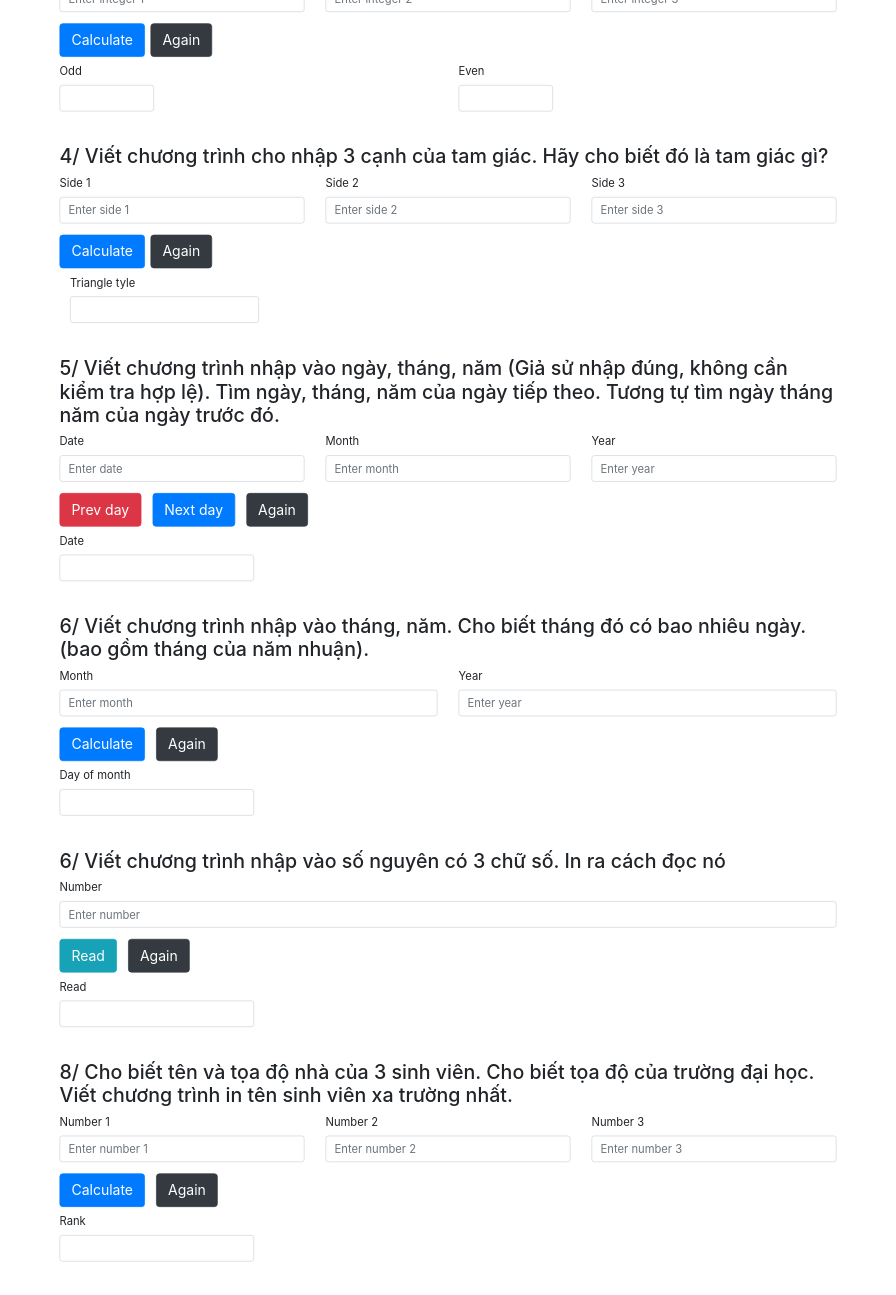
Repository: baobaodeveloper/bootscamp21__jsbasic__HuynhAnhBao
Page: index.html
An editor plug-in stored every save of this project. The page is shown before and after the next save, followed by the edit.
The browser window is 1280 px wide. The pictures show the part of the page from y = 756 to 2676 px (the page is 2606 px tall before and 2676 px after), at 70% of full size.

Above is the page before, as saved 2022-03-11 18:06:35.

### index.html
<!DOCTYPE html>
<html lang="en">
  <head>
    <title>javaScript basic</title>
    <!-- Required meta tags -->
    <meta charset="utf-8" />
    <meta
      name="viewport"
      content="width=device-width, initial-scale=1, shrink-to-fit=no"
    />

    <!-- Bootstrap CSS -->
    <link
      rel="stylesheet"
      href="https://stackpath.bootstrapcdn.com/bootstrap/4.3.1/css/bootstrap.min.css"
      integrity="sha384-ggOyR0iXCbMQv3Xipma34MD+dH/1fQ784/j6cY/iJTQUOhcWr7x9JvoRxT2MZw1T"
      crossorigin="anonymous"
    />
  </head>
  <body>
    <!--1 Cho người dùng nhập vào 3 số nguyên. Viết chương trình xuất 3 số theo thứ tự tăng dần -->
    <div class="container mb-xl-5">
      <h3>
        1/ Cho người dùng nhập vào 3 số nguyên. Viết chương trình xuất 3 số theo
        thứ tự tăng dần
      </h3>

      <div class="row">
        <div class="col">
          <label class="form-label">Number 1</label>
          <input
            type="number"
            class="form-control num1"
            placeholder="Enter number 1"
          />
        </div>
        <div class="col">
          <label class="form-label">Number 2</label>
          <input
            type="number"
            class="form-control num2"
            placeholder="Enter number 2"
          />
        </div>
        <div class="col">
          <label class="form-label">Number 3</label>
          <input
            type="number"
            class="form-control num3"
            placeholder="Enter number 3"
          />
        </div>
      </div>

      <div class="d-flex">
        <button
          type="button "
          class="btn btn-primary btn-lg mt-3 mb-2 btn-rank mr-3"
        >
          Calculate
        </button>

        <button
          type="button "
          class="btn btn-dark btn-lg mt-3 mb-2 btn-again-rank"
        >
          Again
        </button>
      </div>

      <div class="mt-3 m-auto">
        <label class="form-label">Rank</label>
        <input type="text" class="form-control w-25 result1" />
      </div>
    </div>

    <!--2 Viết chương trình “Chào hỏi” các thành viên trong gia đình với các đặc điểm. Đầu tiên máy
    sẽ hỏi ai sử dụng máy. Sau đó dựa vào câu trả lời và đưa ra lời chào phù hợp. Giả sử trong
    gia đình có 4 thành viên: Bố (B), Mẹ (M), anh Trai (A) và Em gái (E) -->
    <div class="container mb-5">
      <h3 class="mb-3">
        2/ Viết chương trình “Chào hỏi” các thành viên trong gia đình với các
        đặc điểm. Đầu tiên máy sẽ hỏi ai sử dụng máy. Sau đó dựa vào câu trả lời
        và đưa ra lời chào phù hợp. Giả sử trong gia đình có 4 thành viên: Bố
        (B), Mẹ (M), anh Trai (A) và Em gái (E)
      </h3>

      <select class="form-select p-2" aria-label="Default select example">
        <option selected>Who are you?</option>
        <option value="M">M</option>
        <option value="B">B</option>
        <option value="A">A</option>
        <option value="E">E</option>
      </select>

      <button type="button" class="btn btn-primary btn-sign-in">Sign In</button>

      <div class="m-3 row">
        <div class="col-sm-10">
          <input
            type="text"
            class="form-control output-sign-in"
            id="inputPassword"
          />
        </div>
      </div>
    </div>

    <!--  3 Cho 3 số nguyên. Viết chương trình xuất ra có bao nhiêu số lẻ và bao nhiêu số chẵn.-->
    <div class="container mb-xl-5">
      <h3>
        3/ Cho 3 số nguyên. Viết chương trình xuất ra có bao nhiêu số lẻ và bao
        nhiêu số chẵn.
      </h3>

      <div class="row">
        <div class="col">
          <label class="form-label">Integer 1</label>
          <input
            type="number"
            class="form-control integer1"
            placeholder="Enter integer 1"
          />
        </div>
        <div class="col">
          <label class="form-label">Integer 2</label>
          <input
            type="number"
            class="form-control integer2"
            placeholder="Enter integer 2"
          />
        </div>
        <div class="col">
          <label class="form-label">Integer 3</label>
          <input
            type="number"
            class="form-control integer3"
            placeholder="Enter integer 3"
          />
        </div>
      </div>

      <div class="d-flex">
        <button
          type="button"
          class="btn btn-primary btn-lg mt-3 mb-2 btn-integer mr-2"
        >
          Calculate
        </button>

        <button
          type="button "
          class="btn btn-light btn-lg mt-3 mb-2 btn-dark btn-again-integer"
        >
          Again
        </button>
      </div>

      <div class="row">
        <div class="mt-3 m-auto col">
          <label class="form-label">Odd</label>
          <input type="text" class="form-control w-25 outputOdd" />
        </div>
        <div class="mt-3 m-auto col">
          <label class="form-label">Even</label>
          <input type="text" class="form-control w-25 outputEven" />
        </div>
      </div>
    </div>

    <!--4 Viết chương trình cho nhập 3 cạnh của tam giác. Hãy cho biết đó là tam giác gì?-->

    <div class="container mb-xl-5">
      <h3>
        4/ Viết chương trình cho nhập 3 cạnh của tam giác. Hãy cho biết đó là
        tam giác gì?
      </h3>

      <div class="row">
        <div class="col">
          <label class="form-label">Side 1</label>
          <input
            type="number"
            class="form-control side1"
            placeholder="Enter side 1"
          />
        </div>
        <div class="col">
          <label class="form-label">Side 2</label>
          <input
            type="number"
            class="form-control side2"
            placeholder="Enter side 2"
          />
        </div>
        <div class="col">
          <label class="form-label">Side 3</label>
          <input
            type="number"
            class="form-control side3"
            placeholder="Enter side 3"
          />
        </div>
      </div>

      <div class="d-flex">
        <button
          type="button"
          class="btn btn-primary btn-lg mt-3 mb-2 mr-2 btn-triangle"
        >
          Calculate
        </button>

        <button
          type="button "
          class="btn btn-light btn-lg mt-3 mb-2 btn-dark btn-again-triangle"
        >
          Again
        </button>
      </div>

      <div class="mt-3 m-auto col">
        <label class="form-label">Triangle tyle</label>
        <input type="text" class="form-control w-25 triangle-type" />
      </div>
    </div>

    <!--5 Viết chương trình nhập vào ngày, tháng, năm (Giả sử nhập đúng, không cần kiểm tra hợp
  lệ). Tìm ngày, tháng, năm của ngày tiếp theo. Tương tự tìm ngày tháng năm của ngày trước
  đó.  -->

    <div class="container mb-xl-5">
      <h3>
        5/ Viết chương trình nhập vào ngày, tháng, năm (Giả sử nhập đúng, không
        cần kiểm tra hợp lệ). Tìm ngày, tháng, năm của ngày tiếp theo. Tương tự
        tìm ngày tháng năm của ngày trước đó.
      </h3>

      <div class="row">
        <div class="col">
          <label class="form-label">Date</label>
          <input
            type="number"
            class="form-control date"
            placeholder="Enter date"
          />
        </div>
        <div class="col">
          <label class="form-label">Month</label>
          <input
            type="number"
            class="form-control month"
            placeholder="Enter month"
          />
        </div>
        <div class="col">
          <label class="form-label">Year</label>
          <input
            type="number"
            class="form-control year"
            placeholder="Enter year"
          />
        </div>
      </div>

      <div class="d-flex">
        <button
          type="button "
          class="btn btn-danger btn-lg mt-3 mb-2 btn-prev mr-3"
        >
          Prev day
        </button>
        <button
          type="button "
          class="btn btn-primary btn-lg mt-3 mb-2 btn-next mr-3"
        >
          Next day
        </button>

        <button
          type="button "
          class="btn btn-dark btn-lg mt-3 mb-2 btn-again-date"
        >
          Again
        </button>
      </div>

      <div class="mt-3 m-auto">
        <label class="form-label">Date</label>
        <input type="text" class="form-control w-25 date-text" />
      </div>
    </div>

    <!-- 6 Viết chương trình nhập vào tháng, năm. Cho biết tháng đó có bao nhiêu ngày. (bao gồm
    tháng của năm nhuận).-->
    <div class="container mb-xl-5">
      <h3>
        6/ Viết chương trình nhập vào tháng, năm. Cho biết tháng đó có bao nhiêu
        ngày. (bao gồm tháng của năm nhuận).
      </h3>

      <div class="row">
        <div class="col">
          <label class="form-label">Month</label>
          <input
            type="number"
            class="form-control month1"
            placeholder="Enter month"
          />
        </div>
        <div class="col">
          <label class="form-label">Year</label>
          <input
            type="number"
            class="form-control year1"
            placeholder="Enter year"
          />
        </div>
      </div>

      <div class="d-flex">
        <button
          type="button "
          class="btn btn-primary btn-lg mt-3 mb-2 btn-month mr-3"
        >
          Calculate
        </button>

        <button
          type="button "
          class="btn btn-dark btn-lg mt-3 mb-2 btn-again-month"
        >
          Again
        </button>
      </div>

      <div class="mt-3 m-auto">
        <label class="form-label">Day of month</label>
        <input type="text" class="form-control w-25 resultMonth" />
      </div>
    </div>

    <!--7 Viết chương trình nhập vào số nguyên có 3 chữ số. In ra cách đọc nó.-->
    <div class="container mb-xl-5">
      <h3>
        6/ Viết chương trình nhập vào số nguyên có 3 chữ số. In ra cách đọc nó
      </h3>

      <div class="form">
        <label class="form-label">Number</label>
        <input
          type="number"
          class="form-control number-read"
          placeholder="Enter number"
        />
      </div>

      <div class="d-flex">
        <button
          type="button "
          class="btn btn-info btn-lg mt-3 mb-2 btnRead mr-3"
        >
          Read
        </button>

        <button
          type="button "
          class="btn btn-dark btn-lg mt-3 mb-2 btn-again-read"
        >
          Again
        </button>
      </div>

      <div class="mt-3 m-auto">
        <label class="form-label">Read</label>
        <input type="text" class="form-control w-25 resultRead" />
      </div>
    </div>

    <!--8 Cho biết tên và tọa độ nhà của 3 sinh viên. Cho biết tọa độ của trường đại học. Viết chương
    trình in tên sinh viên xa trường nhất. -->
    <div class="container mb-xl-5">
      <h3>
        8/ Cho biết tên và tọa độ nhà của 3 sinh viên. Cho biết tọa độ của
        trường đại học. Viết chương trình in tên sinh viên xa trường nhất.
      </h3>

      <div class="row">
        <div class="col">
          <div>
            <label class="form-label">Number 1</label>
            <input
              type="number"
              class="form-control num1"
              placeholder="Enter number 1"
            />
          </div>
        </div>
        <div class="col">
          <label class="form-label">Number 2</label>
          <input
            type="number"
            class="form-control num2"
            placeholder="Enter number 2"
          />
        </div>
        <div class="col">
          <label class="form-label">Number 3</label>
          <input
            type="number"
            class="form-control num3"
            placeholder="Enter number 3"
          />
        </div>
      </div>

      <div class="d-flex">
        <button
          type="button "
          class="btn btn-primary btn-lg mt-3 mb-2 btn-rank mr-3"
        >
          Calculate
        </button>

        <button
          type="button "
          class="btn btn-dark btn-lg mt-3 mb-2 btn-again-rank"
        >
          Again
        </button>
      </div>

      <div class="mt-3 m-auto">
        <label class="form-label">Rank</label>
        <input type="text" class="form-control w-25 result1" />
      </div>
    </div>

    <!-- Optional JavaScript -->
    <!-- jQuery first, then Popper.js, then Bootstrap JS -->
    <script
      src="https://code.jquery.com/jquery-3.3.1.slim.min.js"
      integrity="sha384-q8i/X+965DzO0rT7abK41JStQIAqVgRVzpbzo5smXKp4YfRvH+8abtTE1Pi6jizo"
      crossorigin="anonymous"
    ></script>
    <script
      src="https://cdnjs.cloudflare.com/ajax/libs/popper.js/1.14.7/umd/popper.min.js"
      integrity="sha384-UO2eT0CpHqdSJQ6hJty5KVphtPhzWj9WO1clHTMGa3JDZwrnQq4sF86dIHNDz0W1"
      crossorigin="anonymous"
    ></script>
    <script
      src="https://stackpath.bootstrapcdn.com/bootstrap/4.3.1/js/bootstrap.min.js"
      integrity="sha384-JjSmVgyd0p3pXB1rRibZUAYoIIy6OrQ6VrjIEaFf/nJGzIxFDsf4x0xIM+B07jRM"
      crossorigin="anonymous"
    ></script>

    <!-- <script src="exercise1.js"></script> -->
    <!-- <script src="exercise2.js"></script> -->
    <!-- <script src="exercise3.js"></script> -->
    <!-- <script src="exercise4.js"></script> -->
    <!-- <script src="exercise5.js"></script> -->
    <!-- <script src="exercise6.js"></script> -->
    <!-- <script src="exercise7.js"></script> -->
    <script src="exercise8.js"></script>
  </body>
</html>

Loaded but not shown: exercise8.js (no stored copy; drawn as an empty file)

After the next save:
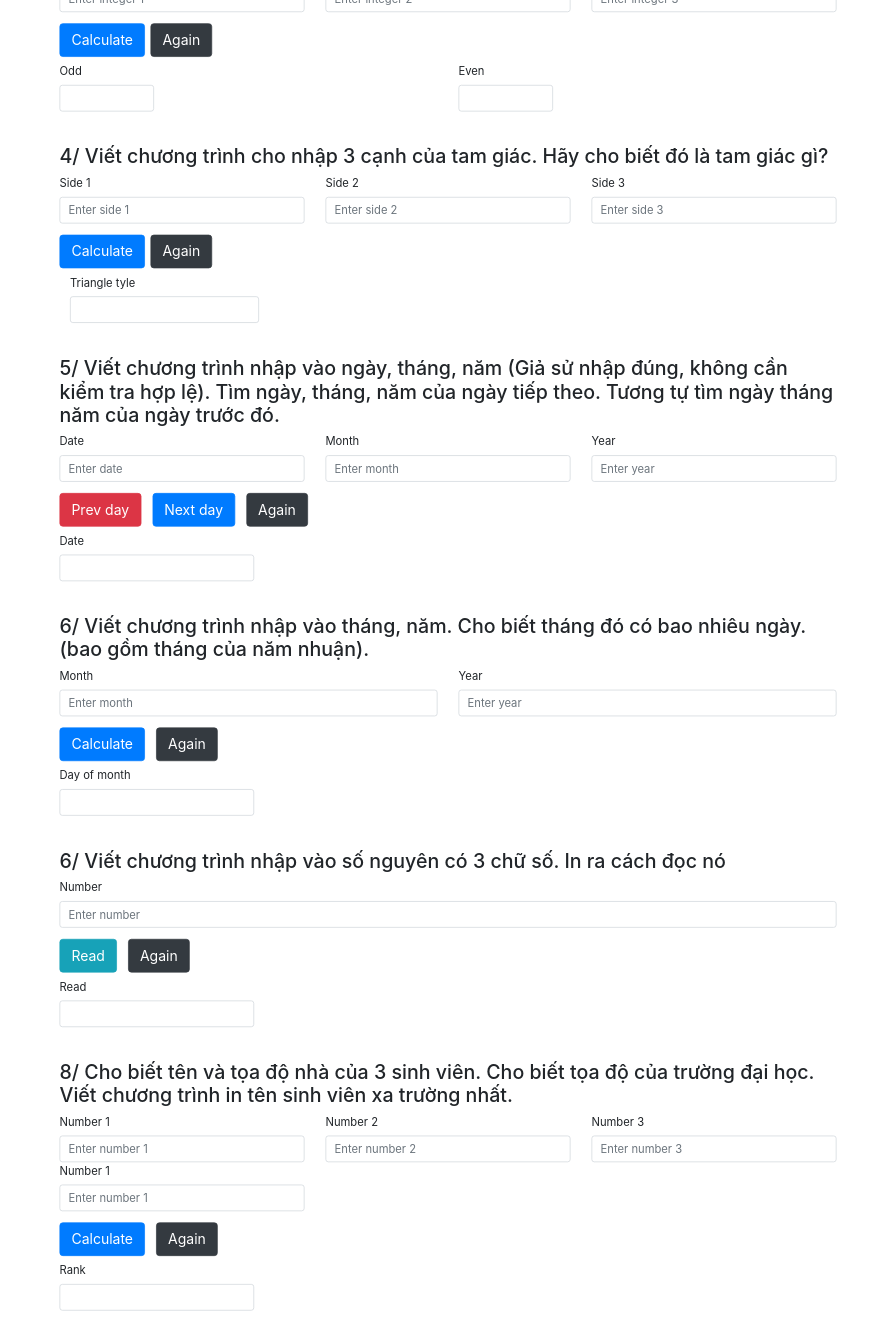
Saved 13 s later.
--- a/index.html
+++ b/index.html
@@ -387,6 +387,14 @@
 
       <div class="row">
         <div class="col">
+          <div>
+            <label class="form-label">Number 1</label>
+            <input
+              type="number"
+              class="form-control num1"
+              placeholder="Enter number 1"
+            />
+          </div>
           <div>
             <label class="form-label">Number 1</label>
             <input

After the save that followed:
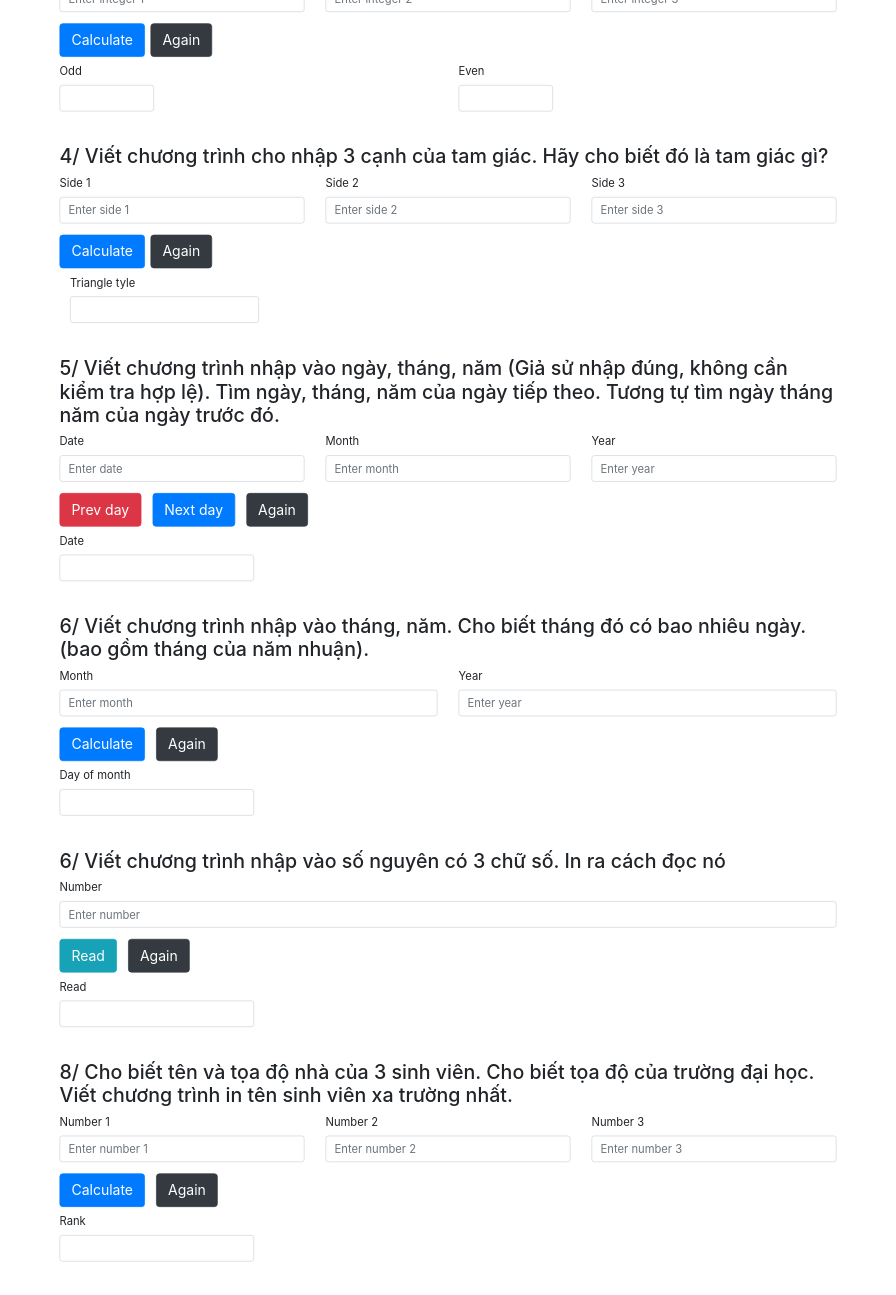
Saved 21 s later.
--- a/index.html
+++ b/index.html
@@ -387,14 +387,6 @@
 
       <div class="row">
         <div class="col">
-          <div>
-            <label class="form-label">Number 1</label>
-            <input
-              type="number"
-              class="form-control num1"
-              placeholder="Enter number 1"
-            />
-          </div>
           <div>
             <label class="form-label">Number 1</label>
             <input
